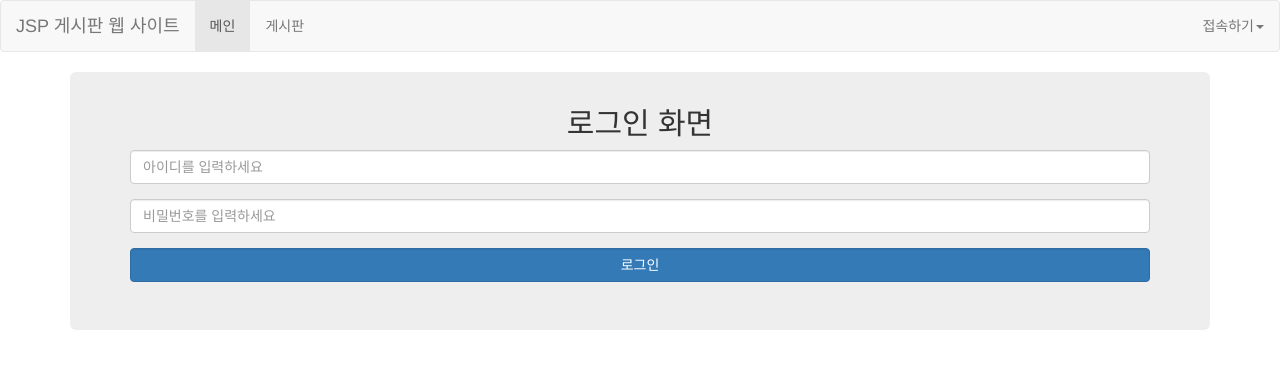
Repository: flown222/JSP_BasicWebsite_Project
Page: http://localhost/BBS/main.jsp
The author's editor kept a copy of each file at every save. The page is drawn from the files as they stood at one save, then again after the next save.
The browser window is 1280 px wide. The pictures show the whole page.
The page is served by Tomcat 9.

Above is the page before, as saved 2022-08-21 06:12:04.

After the next save:
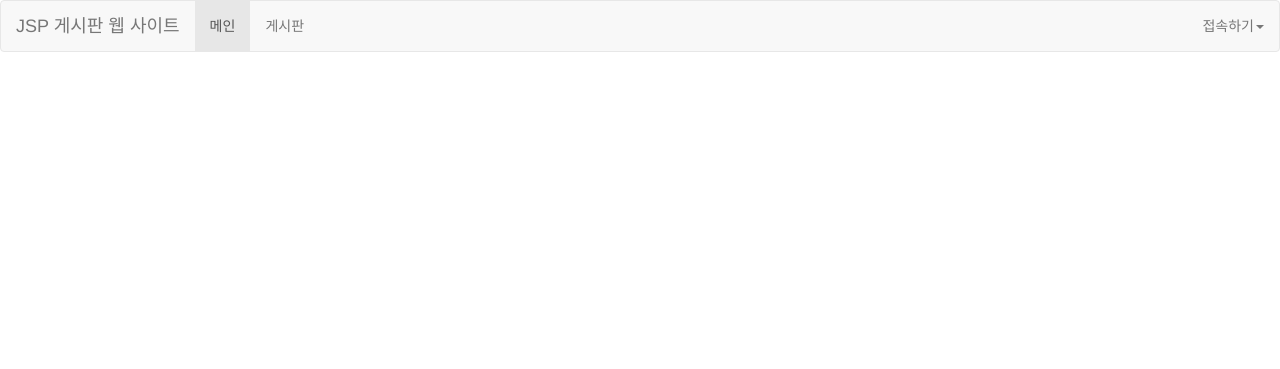
Saved 2 min 0 s later.
--- a/projects /BBS/src/main/webapp/main.jsp
+++ b/projects /BBS/src/main/webapp/main.jsp
@@ -68,22 +68,6 @@
 
 		</div>
 	</nav>
- <div class="container">
-           <div class="col-Lg-4"></div>
-           <div class="col-Lg-4"></div>
-              <div class="jumbotron" style="padding-top: 15px;">
-               	<form method="post" action="loginAction.jsp">
-                <h2 style="text-align: center;">로그인 화면</h2>
-                <div class="form-group">
-                <input type="text" class="form-control" placeholder="아이디를 입력하세요" name="userID" maxlength="20">
-                  </div>
-                  <div class="form-group">
-                <input type="password" class="form-control" placeholder="비밀번호를 입력하세요" name="userPassword" maxlength="20">
-                  </div>
-                   <input type="submit" class="btn btn-primary form-control" value="로그인">
-                  </form>
-              </div>
-          </div>
 	<script src="https://code.jquery.com/jquery-3.3.1.min.js"></script>
 	<script src="js/bootstrap.js"></script>
 </body>
